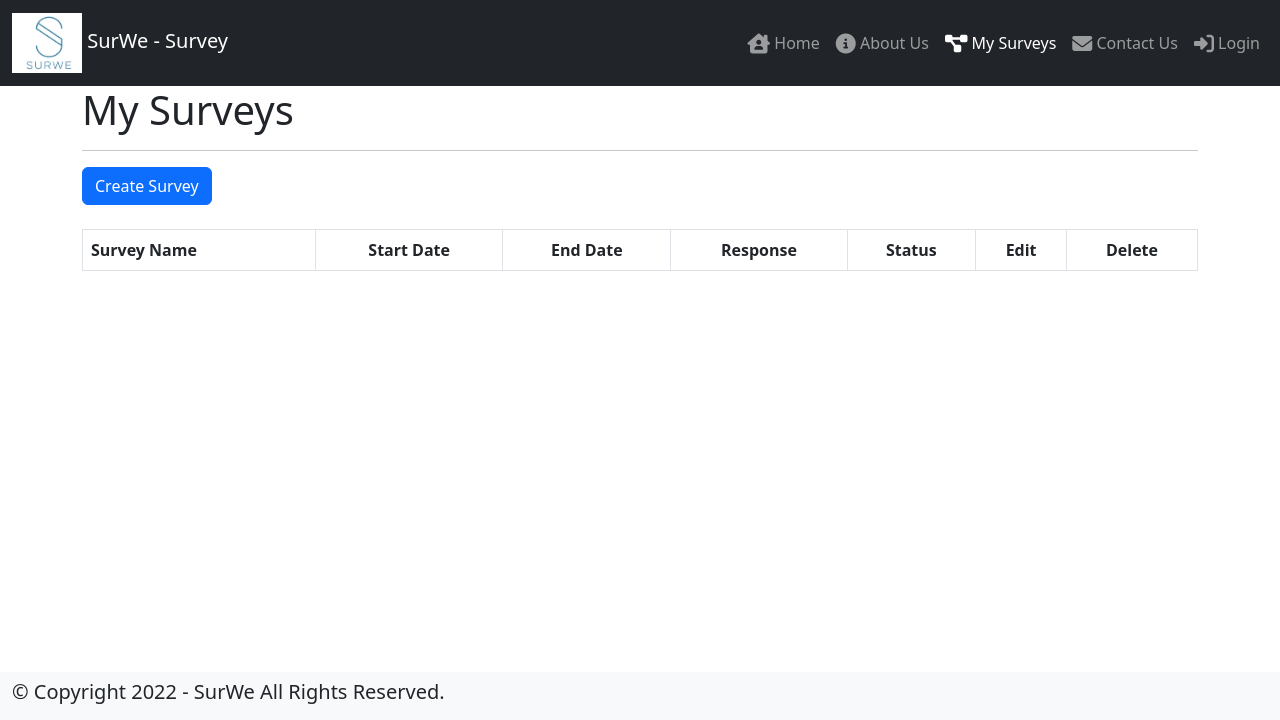
Repository: ryanchandata/comp229-m2022-group6-frontend
Page: /survey
The author's editor kept a copy of each file at every save. The page is drawn from the files as they stood at one save, then again after the next save.
The browser window is 1280 px wide. The pictures show the whole page.
The page's requests for data from a server got no answer. The project was rebuilt for these pictures with package versions that can differ from the ones it lists, and the page was loaded fresh each time. No one was signed in, and anything a server would have sent is missing. Also part of the build but not shown: src/content/home.tsx, src/content/about.tsx, src/content/contact.tsx, src/survey-list/add.tsx, src/survey-list/edit.tsx, src/content/PageNotFound.tsx, src/authentication/login.tsx, src/authentication/logout.tsx and 1 more.

Above is the page before, as saved 2022-07-30 11:40:23.

### public/index.html
<!DOCTYPE html>
<html lang="en">
  <head>
    <meta charset="utf-8" />
    <link rel="icon" href="%PUBLIC_URL%/favicon.ico" />
    <meta name="viewport" content="width=device-width, initial-scale=1" />
    <meta name="theme-color" content="#000000" />
    <meta
      name="description"
      content="Web site created using create-react-app"
    />
    <link rel="apple-touch-icon" href="%PUBLIC_URL%/logo192.png" />
    <!--
      manifest.json provides metadata used when your web app is installed on a
      user's mobile device or desktop. See https://developers.google.com/web/fundamentals/web-app-manifest/
    -->
    <link rel="manifest" href="%PUBLIC_URL%/manifest.json" />
    <!--
      Notice the use of %PUBLIC_URL% in the tags above.
      It will be replaced with the URL of the `public` folder during the build.
      Only files inside the `public` folder can be referenced from the HTML.

      Unlike "/favicon.ico" or "favicon.ico", "%PUBLIC_URL%/favicon.ico" will
      work correctly both with client-side routing and a non-root public URL.
      Learn how to configure a non-root public URL by running `npm run build`.
    -->
    <title>COMP 229</title>
  </head>
  <body>
    <noscript>You need to enable JavaScript to run this app.</noscript>
    <div id="root"></div>
    <!--
      This HTML file is a template.
      If you open it directly in the browser, you will see an empty page.

      You can add webfonts, meta tags, or analytics to this file.
      The build step will place the bundled scripts into the <body> tag.

      To begin the development, run `npm start` or `yarn start`.
      To create a production bundle, use `npm run build` or `yarn build`.
    -->
  </body>
</html>

### src/App.tsx
import { BrowserRouter, Route, Routes } from 'react-router-dom';

// Common Components
import Header from './components/header';
import Footer from './components/footer';

// Content Components
import Home from './content/home';
import About from './content/about';
import Contact from './content/contact';
import Survey from './survey-list/landing';
import Add from './survey-list/add';
import Edit from './survey-list/edit';
import PageNotFound from './content/PageNotFound';

// Authentication Components
import Login from './authentication/login';
import Logout from './authentication/logout';
import Register from './authentication/register';

// Styles and Fonts
import 'bootstrap/dist/css/bootstrap.min.css';
import '@fortawesome/fontawesome-free/css/all.min.css';
import './App.css';

function App() {

  return (
    <div className="App">
      <BrowserRouter>
        <Header></Header>

        {/* Client-Side Routing */}
        <Routes>
          <Route path="/" element={<Home />} />
          <Route path="/home" element={<Home />} />
          <Route path="/about" element={<About />} />
          <Route path="/contact" element={<Contact />} />
          <Route path="/survey" element={<Survey />} />
          <Route path="/add" element={<Add />} />
          <Route path="/edit" element={<Edit />} />
          <Route path="*" element={<PageNotFound />} />
          <Route path="/login" element={<Login />} />
          <Route path="/logout" element={<Logout />} />
          <Route path="/register" element={<Register />} />
        </Routes>

        <Footer></Footer>
      </BrowserRouter>
    </div>
  );
}

export default App;

### src/components/header.tsx
import React, { useEffect, useState } from 'react';
import { NavLink } from 'react-router-dom';
import logo from './team_logo.jpg';
import AuthService from '../services/auth-service';

console.log(logo);

function Header()
{
  const [ isLoggedIn, setIsLoggedIn ] = useState(false);

  useEffect(()=>{
    setIsLoggedIn(AuthService.getCurrentUser());
  }, []);

  function toggleLogin()
  {
    if(isLoggedIn)
    {
      return(
        <li className='nav-item'>
          <NavLink to={"/logout"} className='nav-link' aria-current="page"><i className="fa-solid fa-right-from-bracket fa-lg"></i> Logout</NavLink>
        </li>
      );
    }
    else
    {
      return(
        <li className="nav-item">
            <NavLink to={"/login"} className="nav-link" aria-current="page" ><i className="fa-solid fa-right-to-bracket fa-lg"></i> Login</NavLink>
          </li>
      );
    }
  }


    return (
        <nav className="navbar navbar-expand-lg navbar-dark bg-dark">
    <div className="container-fluid">
      <NavLink to={"/"} className="navbar-brand"><img src={logo} alt="Logo" height={60} width={70} /> SurWe - Survey</NavLink>
      <button className="navbar-toggler" type="button" data-bs-toggle="collapse" data-bs-target="#navbarSupportedContent" aria-controls="navbarSupportedContent" aria-expanded="false" aria-label="Toggle navigation">
        <span className="navbar-toggler-icon"></span>
      </button>
      <div className="collapse navbar-collapse" id="navbarSupportedContent">
        <ul className="navbar-nav ms-auto mb-2 mb-lg-0">
          <li className="nav-item">
            <NavLink to={"/home"} className="nav-link" aria-current="page"><i className="fa-solid fa-house-chimney-user fa-lg"></i> Home</NavLink>
          </li>
          <li className="nav-item">
            <NavLink to={"/about"} className="nav-link" aria-current="page"><i className="fa-solid fa-circle-info fa-lg"></i> About Us</NavLink>
          </li>
          <li className="nav-item">
            <NavLink to={"/survey"} className="nav-link" aria-current="page"><i className="fa-solid fa-diagram-project fa-lg"></i> My Surveys</NavLink>
          </li>
          <li className="nav-item">
            <NavLink to={"/contact"} className="nav-link" aria-current="page"><i className="fa-solid fa-envelope fa-lg"></i> Contact Us</NavLink>
          </li>

          { toggleLogin() }

        </ul>
      </div>
    </div>
  </nav>
    )
}

export default Header;

### src/components/footer.tsx
import React from 'react';

// Footer Component
function Footer()
{
    function getDate(): number
    {
      let date = new Date();
      return date.getFullYear();
    }
    return(
        <nav className="navbar fixed-bottom bg-light">
          <div className="container-fluid">
          <h5 id="copyright">&copy; Copyright { getDate()} - SurWe All Rights Reserved.</h5>
         </div>
        </nav>
    );
}

export default Footer;

### src/survey-list/landing.tsx
import React, { useEffect, useState } from 'react';
import { Link } from 'react-router-dom';
import ISurveyData from '../models/Survey';

function Survey()
{

    function renderSurvey(survey: ISurveyData)
    {
        return <tr>
            <td>{survey.name}</td>
            <td></td>
            <td>{survey.dateExpire}</td>
            <td></td>
            <td>{survey.dateActive}</td>
            <td className="text-center"><Link to="/edit/<%= surveys[count]._id %>"><button className="btn btn-primary"><i className="fa-solid fa-pen-to-square fa-lg"></i></button></Link></td>
            <td className="text-center"><Link to="/delete/<% surveys[count]._id %>"><button className="btn btn-primary"><i className="fa-solid fa-circle-minus fa-lg"></i></button></Link></td>
        </tr>
    }

    document.title = "My Surveys";
    const [survey, setSurvey] = useState([] as ISurveyData[]);
    useEffect(()=>{
        fetch("https://comp229-m2022-project-group6.herokuapp.com/api/survey")
        .then (response => response.json() as Promise<ISurveyData[]>)
        .then (data => setSurvey(data));
    }, []);

        return <>
            <div className="container">
                <h1>My Surveys</h1>
                <hr />
                <Link to="/add" >
                    <button className="btn btn-primary">Create Survey</button>
                </Link>
                <br /><br />
                <div className="table-responsive">
                    <table className="table table-bordered table-striped table-hover">
                        <thead>
                            <tr>
                                <th>Survey Name</th>
                                <th className="text-center">Start Date</th>
                                <th className="text-center">End Date</th>
                                <th className="text-center">Response</th>
                                <th className="text-center">Status</th>
                                <th className="text-center">Edit</th>
                                <th className="text-center">Delete</th>
                            </tr>
                        </thead>
                        <tbody>
                            {survey.map(l=>renderSurvey(l))}
                        </tbody>
                    </table>
                </div>
            </div>
        </>
}

export default Survey;

### src/App.css
/* Custom CSS goes here */
body {
    padding-bottom: 70px;
  }

  .input-group-addon:first-child
  {
      border-right: 0;
  }

  .input-group-addon
  {
      padding: 6px 12px;
      font-size: 14px;
      font-weight: 400;
      line-height: 1;
      text-align: center;
      border: 1px solid darkgrey;
      border-radius: 4px;
  }

  .input-group-addon .fa
  {
      font-size: 18px;
  }

  .input-group .form-control
  {
      position:relative;
      z-index: 2;
      float:left;
      margin-bottom: 0;
  }

  .input-group .form-control:last-child
  {
      border-top-left-radius: 0;
      border-bottom-left-radius: 0;
  }



  .login
  {
      padding: 2rem 1rem;
      margin-bottom: 2rem;
      background-color: lightgrey;
      border-radius: .3rem;
  }

  .login input
  {
      background-color: white;
      border-color: darkgrey;
      border-radius: .4em;
      width: 100%;
  }

  .edit-task
  {
      position: relative;
      top: -31px;
      display: none;
  }

  .nav {
      background-color: #ffffff;
      color: #000000;
      list-style: none;
      text-align: right;
      padding: 20px 0 20px;
  }

  .nav > li {
      margin-left: 100px;
      padding: 12px 0 0 5px;
      font-size: 12px;
  }

  .nav > li > a {
      text-decoration: none;
      color: #000000;
  }

  .coname {
      color: #000000;
      float: left;
      padding-left: 25px;
      font-size: 16px;
      font-weight: bold;
  }

### src/services/auth-service.tsx
import http from '../components/http-common';

class AuthService
{
    public login(username: string, password: string)
    {
        return http.post('/login', {username, password})
        .then(response => {
            if(response.data.token)
            {
                localStorage.setItem("user", JSON.stringify(response.data));
            }
            return response.data;
        });
    }

    public logout()
    {
        localStorage.removeItem("user");
    }

    public register(username: string, password: string, firstName: string, lastName: string, emailAddress: string)
    {
        return http.post('register', { username, password, firstName, lastName, emailAddress });
    }

    getCurrentUser()
    {
        const userString = localStorage.getItem("user") as string;
        if (userString)
        {
            return JSON.parse(userString);
        }
        return false;
    }
}

export default new AuthService();

### src/components/http-common.tsx
import axios from 'axios';
export default axios.create({
    baseURL: "https://comp229-m2022-group6-backend.herokuapp.com/api",
    // baseURL: "http://localhost:3500/api"
    headers: {
        "Content-type": "application/json"
    }
});

Loaded but not shown: src/index.tsx (common file); src/index.css (common file); src/reportWebVitals.ts (common file)

After the next save:
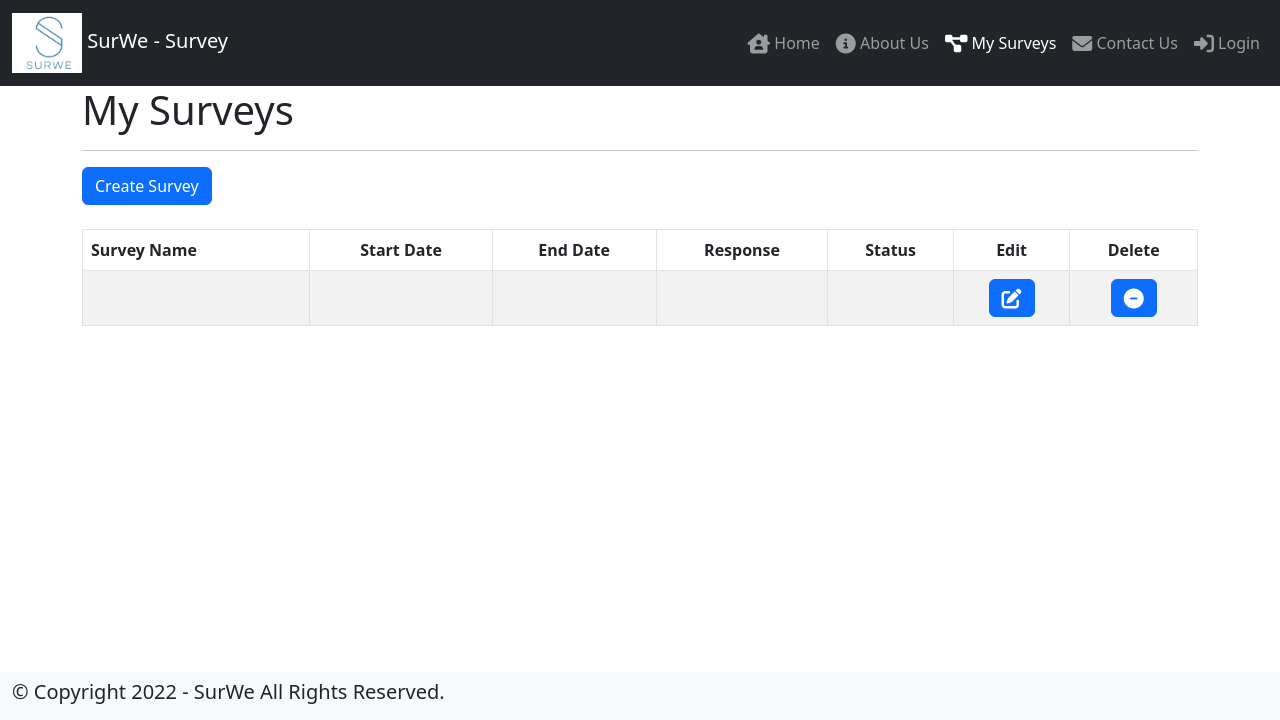
Saved 5 min 59 s later.
--- a/src/survey-list/landing.tsx
+++ b/src/survey-list/landing.tsx
@@ -4,21 +4,14 @@ import ISurveyData from '../models/Survey';
 
 function Survey()
 {
+    document.title = "My Surveys";
 
     function renderSurvey(survey: ISurveyData)
     {
-        return <tr>
-            <td>{survey.name}</td>
-            <td></td>
-            <td>{survey.dateExpire}</td>
-            <td></td>
-            <td>{survey.dateActive}</td>
-            <td className="text-center"><Link to="/edit/<%= surveys[count]._id %>"><button className="btn btn-primary"><i className="fa-solid fa-pen-to-square fa-lg"></i></button></Link></td>
-            <td className="text-center"><Link to="/delete/<% surveys[count]._id %>"><button className="btn btn-primary"><i className="fa-solid fa-circle-minus fa-lg"></i></button></Link></td>
-        </tr>
+        return
     }
 
-    document.title = "My Surveys";
+
     const [survey, setSurvey] = useState([] as ISurveyData[]);
     useEffect(()=>{
         fetch("https://comp229-m2022-project-group6.herokuapp.com/api/survey")
@@ -48,7 +41,22 @@ function Survey()
                             </tr>
                         </thead>
                         <tbody>
-                            {survey.map(l=>renderSurvey(l))}
+                        <tr>
+                            <td></td>
+                            <td className="text-center"></td>
+                            <td className="text-center"></td>
+                            <td className="text-center"></td>
+                            <td className="text-center"></td>
+                            <td className="text-center">
+                                <Link to="/edit/<%= surveys[count]._id %>">
+                                    <button className="btn btn-primary"><i className="fa-solid fa-pen-to-square fa-lg"></i></button>
+                                </Link></td>
+                            <td className="text-center">
+                                <Link to="/delete/<% surveys[count]._id %>">
+                                    <button className="btn btn-primary"><i className="fa-solid fa-circle-minus fa-lg"></i></button>
+                                </Link>
+                            </td>
+                        </tr>
                         </tbody>
                     </table>
                 </div>
